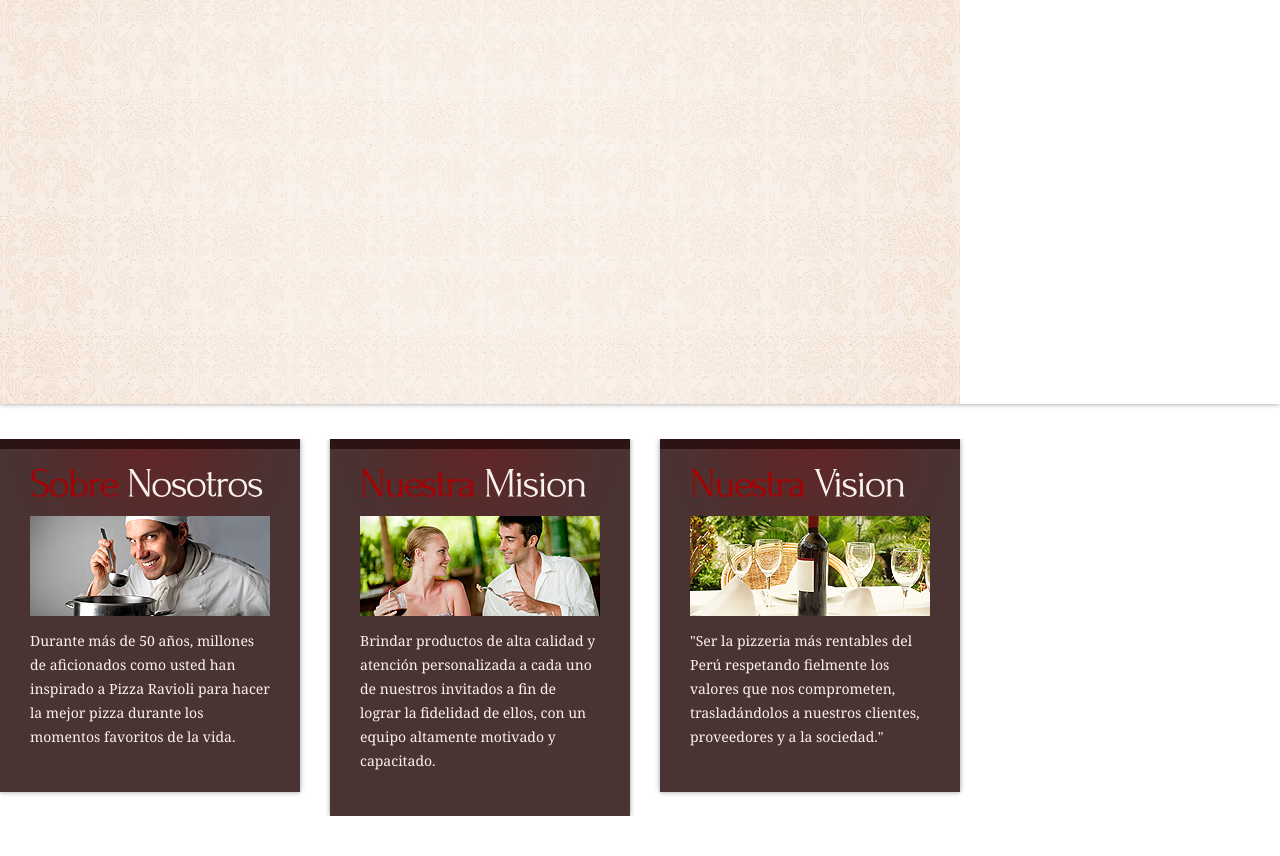
Repository: ProSoft-PDSI/sdsddo
Page: http://localhost/sdsr/home.jsp
These files come from the project's save history. The page is drawn as it stood at one moment and after the next save; the edit follows.
The browser window is 1280 px wide. The pictures show the whole page.
The page is served by Tomcat 9.

Above is the page before, as saved 2014-07-18 18:07:55.

After the next save:
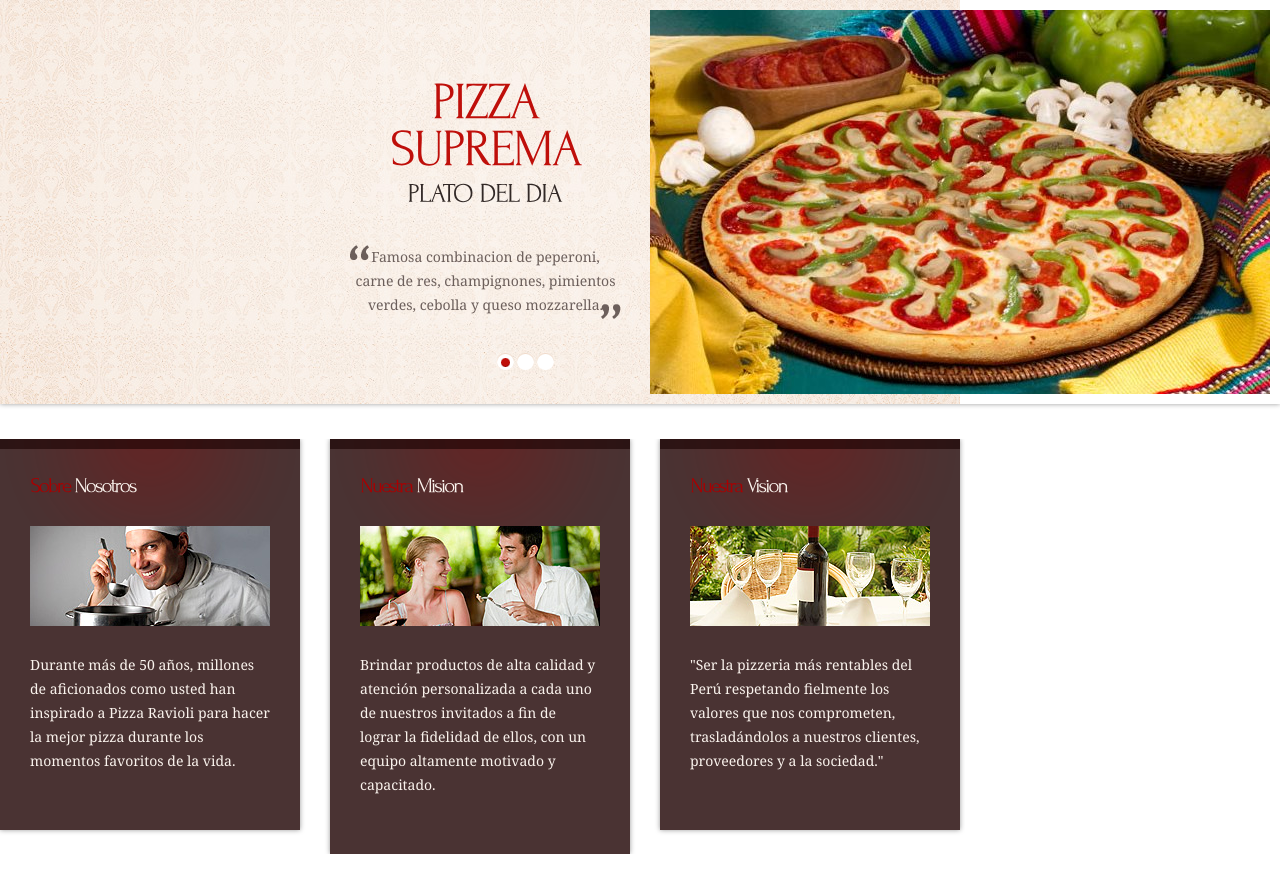
Saved 15 s later.
--- a/Web/sdsr/WebContent/Carga.jsp
+++ b/Web/sdsr/WebContent/Carga.jsp
@@ -3,9 +3,9 @@
 <link rel="stylesheet" href="css/reset.css" type="text/css" media="all">
 <link rel="stylesheet" href="css/layout.css" type="text/css" media="all">
 <link rel="stylesheet" href="css/style.css" type="text/css" media="all">
-<!-- <link rel="stylesheet" href="css/normalize.css" type="text/css" media="all"> -->
+<link rel="stylesheet" href="css/normalize.css" type="text/css" media="all">
 <link rel="stylesheet" href="css/estilos.css" type="text/css" media="all">
-<!-- <script type="text/javascript" src="js/jquery-1.6.js" ></script>
+<script type="text/javascript" src="js/jquery-1.6.js" ></script>
 <script type="text/javascript" src="js/cufon-yui.js"></script>
 <script type="text/javascript" src="js/cufon-replace.js"></script>
 <script type="text/javascript" src="js/Forum_400.font.js"></script>
@@ -13,10 +13,4 @@
 <script type="text/javascript" src="js/tms-0.3.js"></script>
 <script type="text/javascript" src="js/tms_presets.js"></script>
 <script type="text/javascript" src="js/script.js"></script>
-<script type="text/javascript" src="js/atooltip.jquery.js"></script>  -->
-
-<script type="text/javascript" src="js/jquery-1.6.js" ></script>
-<script type="text/javascript" src="js/cufon-yui.js"></script>
-<script type="text/javascript" src="js/cufon-replace.js"></script>
-<script type="text/javascript" src="js/Forum_400.font.js"></script>
 <script type="text/javascript" src="js/atooltip.jquery.js"></script>
